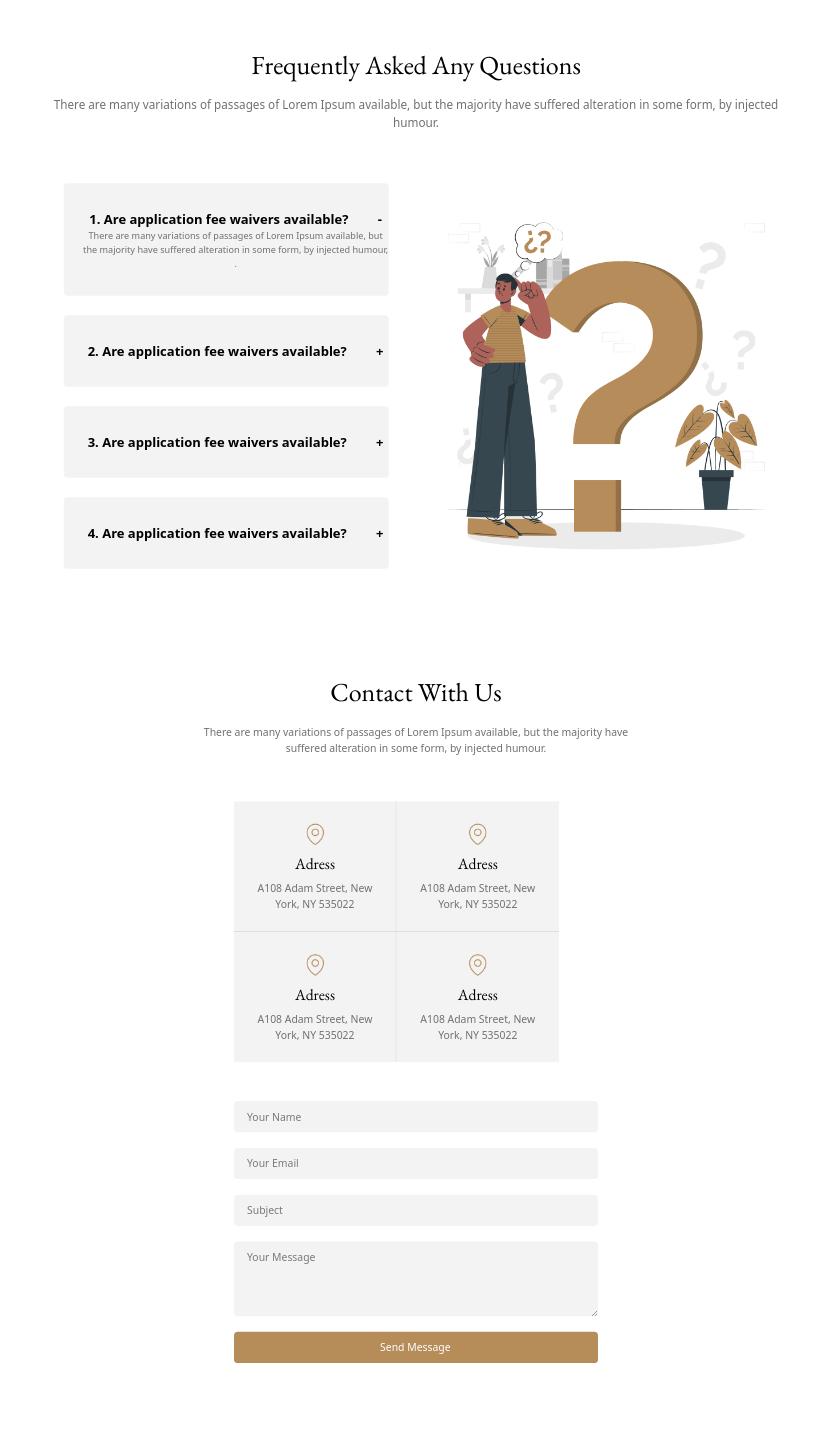
Repository: nahid-hasann/website-6
Page: index.html
An editor plug-in stored every save of this project. The page is shown before and after a run of saves, followed by the edit.
The browser window is 1280 px wide. The pictures show the whole page, at 65% of full size.

Above is the page before, as saved 2025-07-22 22:45:31.

### index.html
<!DOCTYPE html>
<html lang="en">
<head>
    <meta charset="UTF-8">
    <meta name="viewport" content="width=device-width, initial-scale=1.0">
    <script src="https://cdn.jsdelivr.net/npm/@tailwindcss/browser@4"></script>
    <title>Document</title>
    <link rel="stylesheet" href="style.css">
    <link rel="stylesheet" href="https://cdnjs.cloudflare.com/ajax/libs/font-awesome/6.7.2/css/all.min.css" integrity="sha512-Evv84Mr4kqVGRNSgIGL/F/aIDqQb7xQ2vcrdIwxfjThSH8CSR7PBEakCr51Ck+w+/U6swU2Im1vVX0SVk9ABhg==" crossorigin="anonymous" referrerpolicy="no-referrer" />
</head>
<body>

<header class="hidden">

<div class="flex mx-auto w-[1170px]  justify-between items-center my-[30px] ">
    <div>
        <img src="images/logo2.png" alt="">
    </div>
    <div>
        <ul class="flex gap-[20px] text-[#707070]">
            <li><a href="">Home</a></li>
            <li><a href="">Service<i class="fa-solid fa-angle-right ml-[10px]"></i></a></li>
            <li><a href="">Cases<i class="fa-solid fa-angle-right ml-[10px]"></i></a></li>
            <li><a href="">Blog<i class="fa-solid fa-angle-right ml-[10px]"></i></a></li>
            <li><a href="">Contact us<i class="fa-solid fa-angle-right ml-[10px]"></i></a></li>
        </ul>
    </div>
    <div>
        <button class="bg-[#b68c59] py-[12px] px-[22px] text-white rounded-md" >Free Consultation</button>
    </div>
</div>


<div class="banner-img w-[1170px] h-[550px] mx-auto  flex flex-col items-center justify-center mt-[60px] mb-[130px]">
      <div class="banner-content w-[692px]">
         <h1 class="text-[72px] text-center text-white leading-none">We Provide Effective  Legal Solutions</h1>
       <p class="my-[30px] text-center  text-[#E7E7E7]">There are many variations of passages of Lorem Ipsum available, but the majority have suffered alteration in some form, by injected humour.</p>
       <div class="flex justify-center gap-[40px]">
        <input class="bg-white py-[12px] px-[30px] pr-[70px] w-[500px] rounded-md" type="text" name="" placeholder="Search your services" id="">
        <button class="bg-[#b68c59] py-[12px] px-[22px] text-white rounded-md" >Search</button>
       </div>
      </div>
</div>


</header>


<main>
    <section class="card-section xl:w-[1170px] mx-auto lg:mb-[130px] hidden">
        <div class="card-content">
            <h1 class="eb-garamond-ok text-[40px] text-center ">The Legal Practice Area</h1>
            <p class="text-center text-[#707070] my-[20px]">There are many variations of passages of Lorem Ipsum available, but the majority have <br> suffered alteration in some form, by injected humour.</p>
        </div>

        <div class="card-div mt-[100px] grid grid-cols-3">
            <div class="card py-[70px]  border-r border-[#E7E7E7]  border-b  flex flex-col items-center justify-center text-center">
                  <img src="images/business.png" alt="">
                  <h1 class="text-[32px] my-[15px]">Business Law</h1>
                  <p class="text-[#707070] w-[258px] mb-[15px]">There are many variations of passages of Lorem Ipsum available, but the majority have suffered alteration in some form, by injected humour.</p>
                  <img src="images/Frame.png" alt="">
            </div>

             <div class="card bg-[linear-gradient(to_bottom,_#f3f3f3,_#ffffff)]   py-[70px] border-[#E7E7E7] border-r border-b flex flex-col items-center justify-center text-center">
                  <img src="images/criminal.png" alt="">
                  <h1 class="text-[32px] my-[15px]">Criminal Law</h1>
                  <p class="text-[#707070] w-[258px] mb-[15px]">There are many variations of passages of Lorem Ipsum available, but the majority have suffered alteration in some form, by injected humour.</p>
                  <img src="images/Frame.png" alt="">
            </div>

             <div class="card  py-[70px] border-[#E7E7E7] border-b flex flex-col items-center justify-center text-center">
                  <img src="images/child.png" alt="">
                  <h1 class="text-[32px] my-[15px]">Child Support</h1>
                  <p class="text-[#707070] w-[258px] mb-[15px]">There are many variations of passages of Lorem Ipsum available, but the majority have suffered alteration in some form, by injected humour.</p>
                  <img src="images/Frame.png" alt="">
            </div>

             <div class="card border-r border-[#E7E7E7]  py-[70px] flex flex-col items-center justify-center text-center">
                  <img src="images/education.png" alt="">
                  <h1 class="text-[32px] my-[15px]">Education Law</h1>
                  <p class="text-[#707070] w-[258px] mb-[15px]">There are many variations of passages of Lorem Ipsum available, but the majority have suffered alteration in some form, by injected humour.</p>
                  <img src="images/Frame.png" alt="">
            </div>

             <div class="card border-r border-[#E7E7E7]  py-[70px] flex flex-col items-center justify-center text-center">
                  <img src="images/divorce.png" alt="">
                  <h1 class="text-[32px] my-[15px]">Divorce Law</h1>
                  <p class="text-[#707070] w-[258px] mb-[15px]">There are many variations of passages of Lorem Ipsum available, but the majority have suffered alteration in some form, by injected humour.</p>
                  <img src="images/Frame.png" alt="">
            </div>

             <div class="card  py-[70px] flex flex-col items-center justify-center text-center">
                  <img src="images/tax.png" alt="">
                  <h1 class="text-[32px] my-[15px]">Tax Law</h1>
                  <p class="text-[#707070] w-[258px] mb-[15px]">There are many variations of passages of Lorem Ipsum available, but the majority have suffered alteration in some form, by injected humour.</p>
                  <img src="images/Frame.png" alt="">
            </div>
        </div>
    </section>

    <section class="question-section lg:mb-[130px] xl:w-[1170px] sm:my-[70px] mx-auto">
         <h1 class="eb-garamond-ok xl:text-[40px] lg:text-[30px] sm:text-[25px] text-center">Frequently Asked Any Questions</h1>
         <p class="xl:text-[18px] text-center text-[#707070] mt-[18px] sm:text-[13px] sm:px-[20px] mb-[40px]">There are many variations of passages of Lorem Ipsum available, but the majority have suffered alteration in some form, by injected humour.</p>

         <div class="ques-img lg:flex lg:justify-around lg:items-center lg:mt-[80px] ">
             <div class="lg:w-[45%]">
                 <div class=" bg-[#f3f3f3] pl-[30px] py-[40px] rounded-md mb-[30px] sm:text-center sm:w-[500px] mx-auto">
                    <h1 class="lg:text-[18px] xl:text-[20px] font-extrabold ">1. Are application fee waivers available? <span class="ml-[40px]">-</span> </h1>
                    <p class="text-[#707070] lg:text-[14px]">There are many variations of passages of Lorem Ipsum available, but the majority have suffered alteration in some form, by injected humour, . </p>
                 </div>
                 <div class=" bg-[#f3f3f3] pl-[30px] py-[40px] rounded-md mb-[30px] sm:text-center sm:w-[500px] mx-auto">
                    <h1 class="lg:text-[18px] xl:text-[20px] font-extrabold">2. Are application fee waivers available? <span class="ml-[40px]">+</span> </h1>
                 </div>
                 <div class=" bg-[#f3f3f3] pl-[30px] py-[40px] rounded-md mb-[30px] sm:text-center sm:w-[500px] mx-auto">
                    <h1 class="lg:text-[18px] xl:text-[20px] font-extrabold">3. Are application fee waivers available? <span class="ml-[40px]">+</span> </h1>
                 </div>
                 <div class=" bg-[#f3f3f3] pl-[30px] py-[40px] rounded-md mb-[30px] sm:text-center sm:w-[500px] mx-auto">
                    <h1 class="lg:text-[18px] xl:text-[20px] font-extrabold">4. Are application fee waivers available? <span class="ml-[40px]">+</span> </h1>
                 </div>
             </div>
             <div class="lg:w-[45%]">
                <img src="images/faq.png" alt="" class="max-w-full sm:w-[500px] sm:mx-auto">
             </div>
         </div>
    </section>


    <section class="contact-form-section lg:mb-[130px] lg:mx-auto xl:w-[1170px] lg:w-[900px] sm:my-[70px] mx-auto">
         <h1 class="eb-garamond-ok text-[40px] text-center ">Contact With Us</h1>
            <p class="text-center text-[#707070] my-[20px]">There are many variations of passages of Lorem Ipsum available, but the majority have <br> suffered alteration in some form, by injected humour.</p>

            <div class="contact lg:flex lg:flex-col lg:justify-center lg:items-center lg:mx-auto  sm:flex sm:flex-col sm:justify-center sm:items-center mt-[70px] xl:grid ">

                 <div class="contact-info lg:grid lg:grid-cols-2 lg:mb-[60px] lg:justify-center lg:items-center lg:my-auto sm:w-[500px] sm:flex sm:justify-center sm:items-center sm:flex-col">
                <div class="bg-[#f3f3f3]  p-[30px] flex flex-col justify-center items-center text-center lg:border-b lg:border-r lg:border-[#CFCFCF] sm:mb-[30px] lg:mb-0">
                    <img class="mx-auto" src="images/location.png" alt="">
                    <h1 class="eb-garamond-ok text-[24px] my-[8px]">Adress</h1>
                    <p class="text-[#707070]">A108 Adam Street, New York, NY 535022</p>
                </div>
                <div class="bg-[#f3f3f3] p-[30px]  flex flex-col justify-center items-center text-center lg:border-b lg:border-[#CFCFCF] sm:mb-[30px] lg:mb-0">
                    <img class="mx-auto" src="images/location.png" alt="">
                    <h1 class="eb-garamond-ok text-[24px] my-[8px]">Adress</h1>
                    <p class="text-[#707070]">A108 Adam Street, New York, NY 535022</p>
                </div>
                <div class="bg-[#f3f3f3]  p-[30px]  flex flex-col justify-center items-center text-center lg:border-r lg:border-[#CFCFCF] sm:mb-[30px] lg:mb-0 ">
                    <img class="mx-auto" src="images/location.png" alt="">
                    <h1 class="eb-garamond-ok text-[24px] my-[8px]">Adress</h1>
                    <p class="text-[#707070]">A108 Adam Street, New York, NY 535022</p>
                </div>
                <div class="bg-[#f3f3f3]   p-[30px] lg:flex lg:flex-col lg:justify-center lg:items-center text-center sm:mb-[50px] lg:mb-0">
                    <img class="mx-auto" src="images/location.png" alt="">
                    <h1 class="eb-garamond-ok text-[24px] my-[8px]">Adress</h1>
                    <p class="text-[#707070]">A108 Adam Street, New York, NY 535022</p>
                </div>
            </div>

            <div class="contact-form lg:flex lg:flex-col xl:w-[560px] lg:w-[500px] sm:w-[500px] sm:flex sm:flex-col sm:justify-center sm:items-center">
                <input class="w-full bg-[#f3f3f3] py-[12px] pl-[20px] pr-[100px] rounded-md" type="text" name="" placeholder="Your Name" id=""> <br>
                <input class="w-full py-[12px] pl-[20px] pr-[100px] bg-[#f3f3f3] rounded-md" type="email" name="" placeholder="Your Email" id=""> <br>
                <input class="w-full py-[12px] pl-[20px] pr-[100px] bg-[#f3f3f3] rounded-md" type="text" name="" placeholder="Subject" id=""> <br>
                <textarea class="w-full pt-[12px] pb-[55px] pl-[20px] pr-[100px] bg-[#f3f3f3] rounded-md" name="" placeholder="Your Message" id=""></textarea> <br>
                <button class="w-full  pl-[20px]  bg-[#b68c59] py-[12px] px-[22px] text-white rounded-md" >Send Message<button>
            </div>
            </div>
    </section>

</main>



</body>
</html>

### style.css
@import url('https://fonts.googleapis.com/css2?family=EB+Garamond:ital,wght@0,400..800;1,400..800&display=swap');


.eb-garamond-ok {
  font-family: "EB Garamond", serif;
  font-optical-sizing: auto;
  font-style: normal;
}


.banner-img{
    background-image: linear-gradient(rgba(0, 0, 0, 0.5), rgba(0, 0, 0, 0.5)), url('images/banner.png');
}

After the next 2 saves:
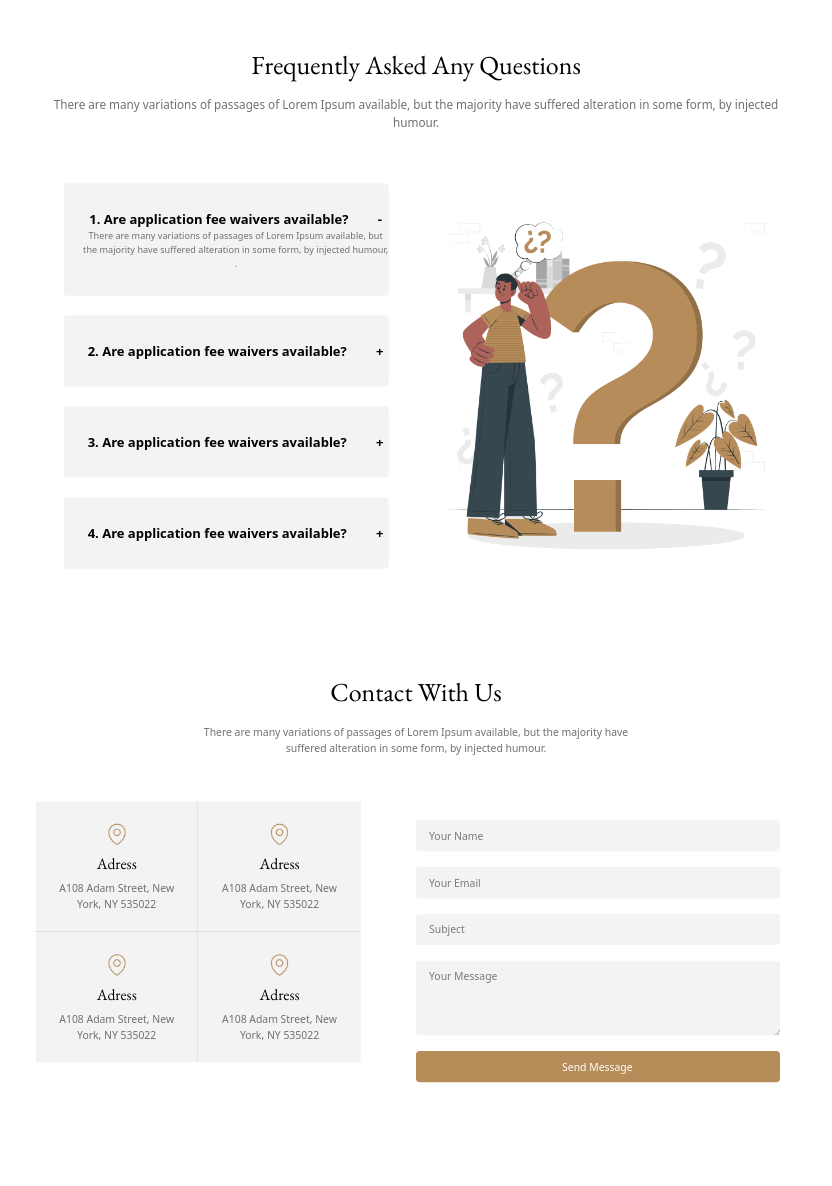
The 2 saves are shown as one change because they came seconds apart.
The last was saved 6 s later.
--- a/index.html
+++ b/index.html
@@ -129,7 +129,7 @@
          <h1 class="eb-garamond-ok text-[40px] text-center ">Contact With Us</h1>
             <p class="text-center text-[#707070] my-[20px]">There are many variations of passages of Lorem Ipsum available, but the majority have <br> suffered alteration in some form, by injected humour.</p>
 
-            <div class="contact lg:flex lg:flex-col lg:justify-center lg:items-center lg:mx-auto  sm:flex sm:flex-col sm:justify-center sm:items-center mt-[70px] xl:grid ">
+            <div class="contact lg:flex lg:flex-col lg:justify-center lg:items-center lg:mx-auto  sm:flex sm:flex-col sm:justify-center sm:items-center mt-[70px] xl:grid xl:grid-cols-2">
 
                  <div class="contact-info lg:grid lg:grid-cols-2 lg:mb-[60px] lg:justify-center lg:items-center lg:my-auto sm:w-[500px] sm:flex sm:justify-center sm:items-center sm:flex-col">
                 <div class="bg-[#f3f3f3]  p-[30px] flex flex-col justify-center items-center text-center lg:border-b lg:border-r lg:border-[#CFCFCF] sm:mb-[30px] lg:mb-0">
